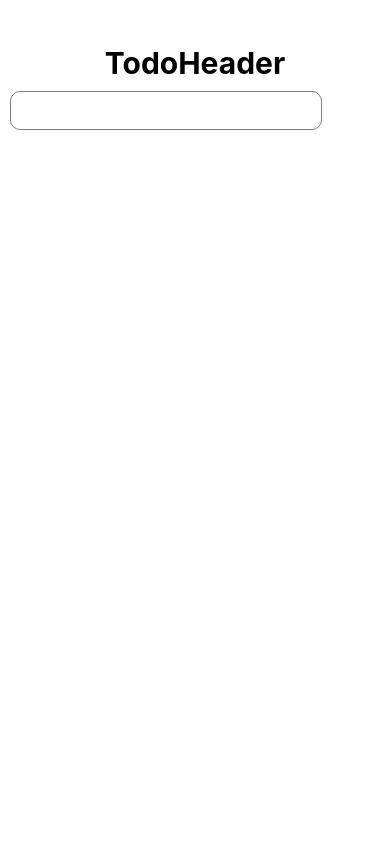
Repository: itadori17/Redux-Todo
Screen: /
The author's editor kept a copy of each file at every save. The screen is drawn from the files as they stood at one save, then again after the next save.
The app was drawn by React Native's web renderer in a window 390 px wide. The project was rebuilt for these pictures with package versions that can differ from the ones it lists, and the page was loaded fresh each time.

Above is the screen before, as saved 2022-08-16 15:53:16.

After the next save:
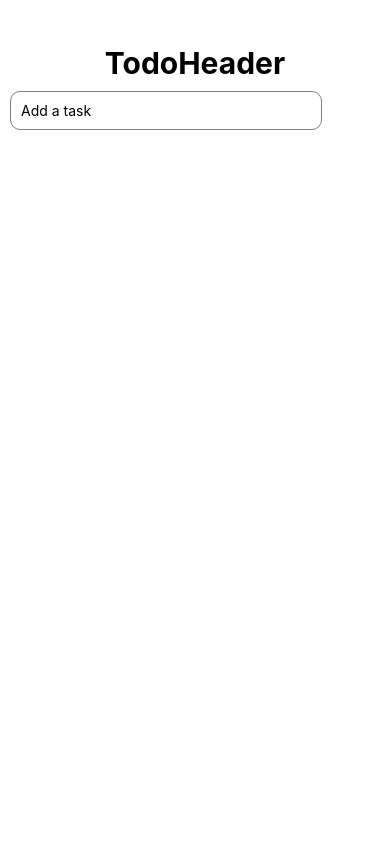
Saved 8 s later.
--- a/src/components/TodoHeader.js
+++ b/src/components/TodoHeader.js
@@ -22,7 +22,7 @@ const TodoHeader = () => {
                         width: '80%',
                         borderRadius: 10,
                     }}
-                    placeholder=""
+                    placeholder="Add a task"
                 />
         </View>
     )
